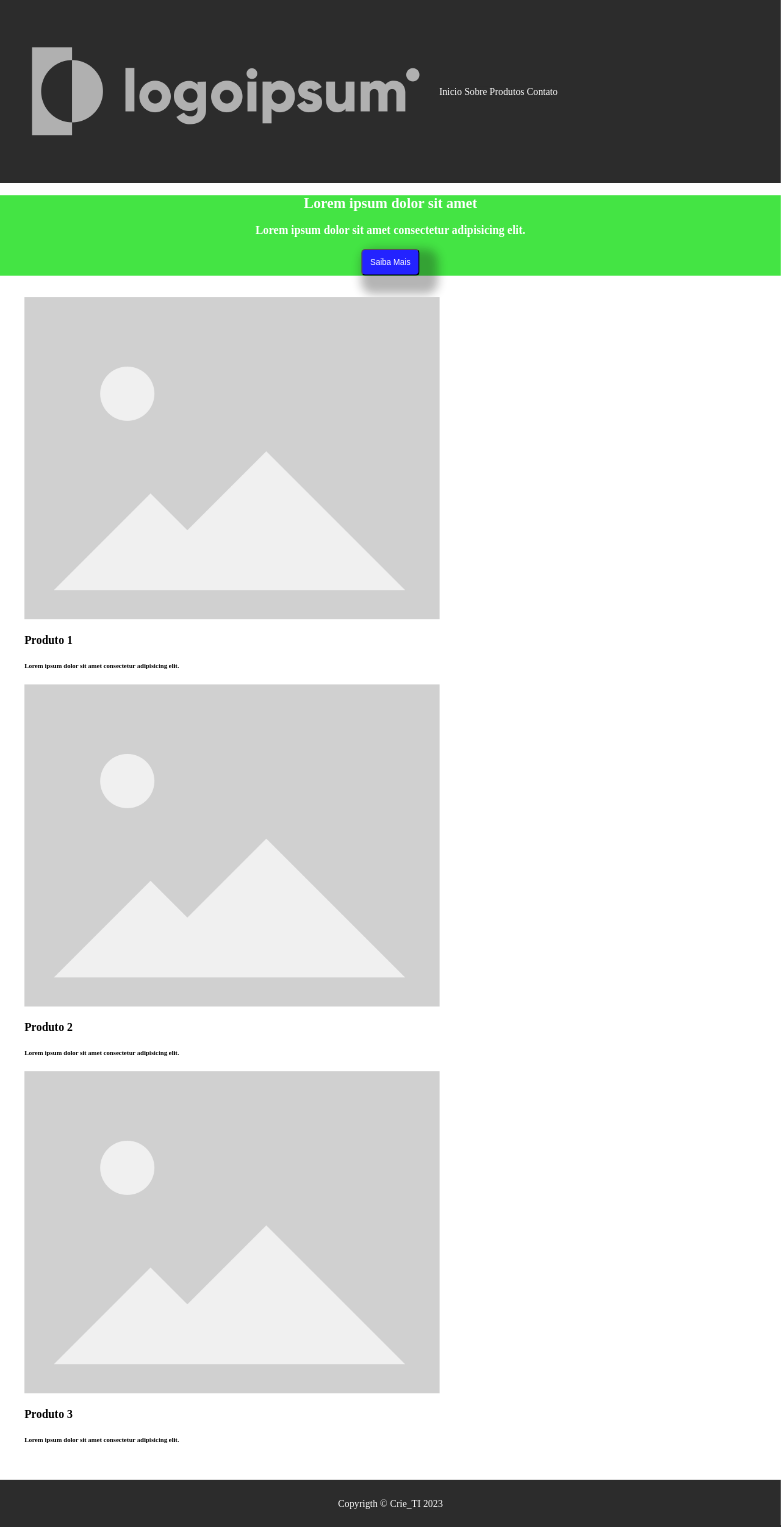
Repository: robsonwssantos/Projeto_Olaria
Page: Exercicios/ex.01/index.html
An editor plug-in stored every save of this project. The page is shown before and after the next save, followed by the edit.
The browser window is 1280 px wide. The pictures show the whole page, at 61% of full size.

Above is the page before, as saved 2023-04-21 11:03:31.

After the next save:
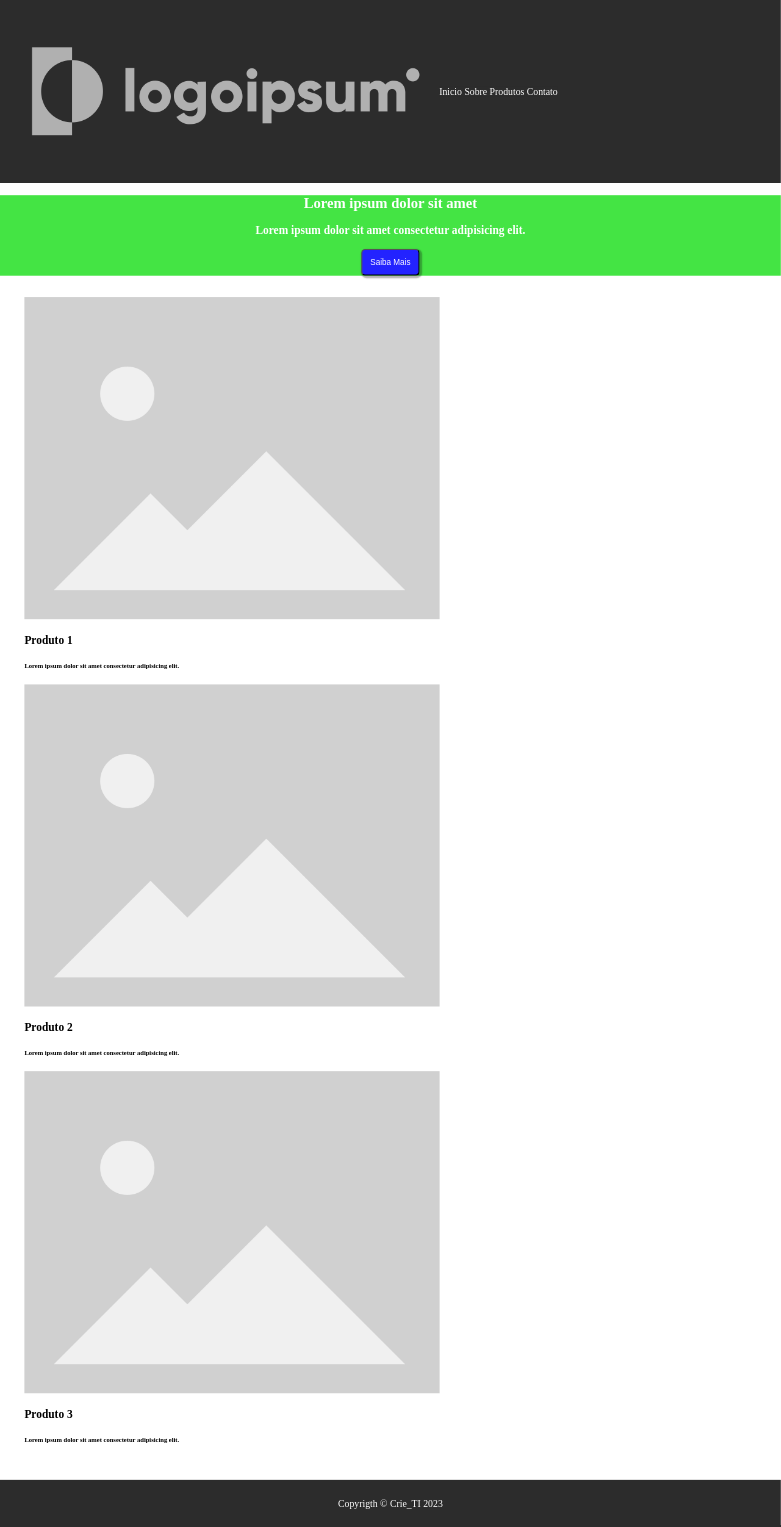
Saved 34 s later.
--- a/Exercicios/ex.01/index.html
+++ b/Exercicios/ex.01/index.html
@@ -27,7 +27,7 @@
             background-color: rgb(35, 35, 255);
             border-radius: 7px;
             padding: 1%;
-            box-shadow: 15px 15px 15px 15px rgba(19, 18, 18, 0.315);
+            box-shadow: 2px 2px 2px 2px rgba(19, 18, 18, 0.315);
         }
 
 
